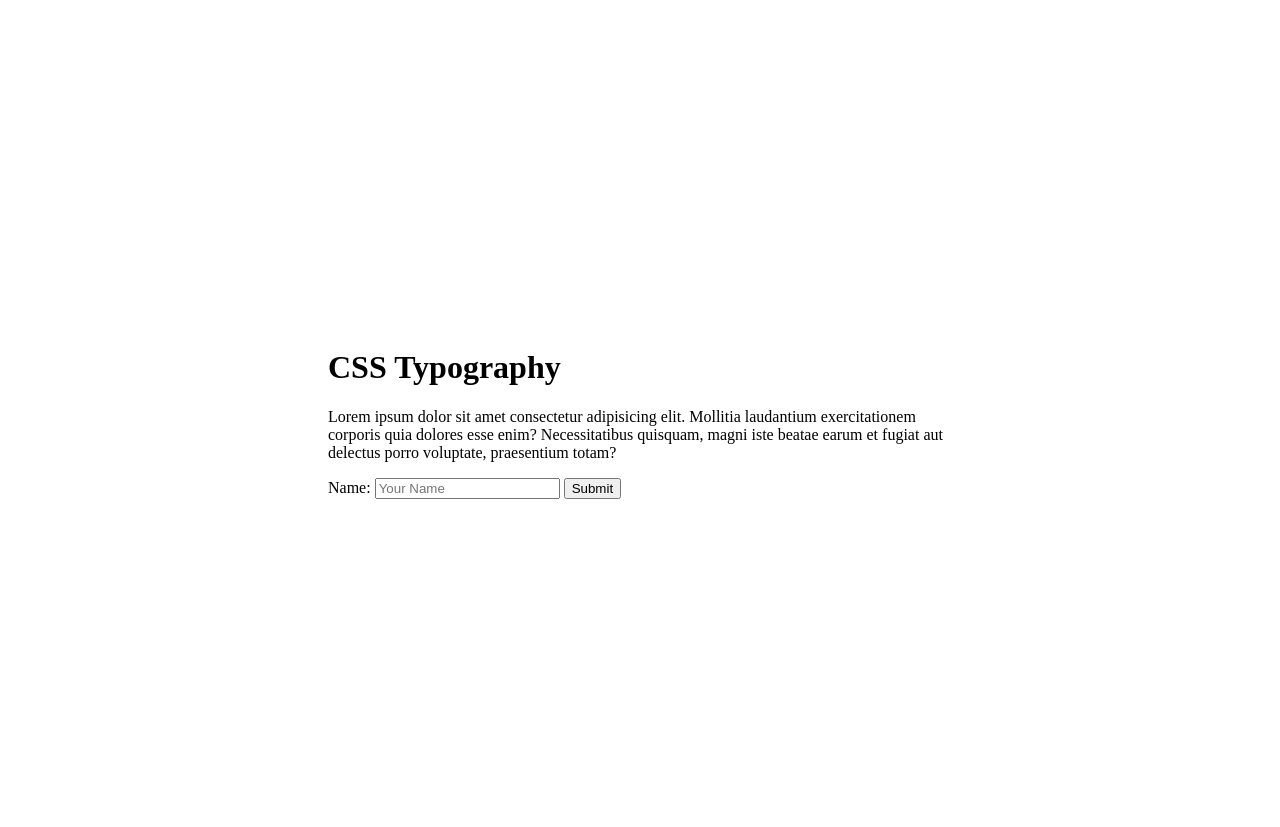
Repository: madhurik9999/Css
Page: index.html
The author's editor kept a copy of each file at every save. The page is drawn from the files as they stood at one save, then again after the next save.
The browser window is 1280 px wide. The pictures show the whole page.

Above is the page before, as saved 2023-12-10 13:17:48.

### index.html
<!DOCTYPE html>
<html lang="en">

<head>
    <meta charset="UTF-8">
    <meta http-equiv="X-UA-Compatible" content="IE=edge">
    <meta name="viewport" content="width=device-width, initial-scale=1.0">
    <title>Document</title>
    <link rel="stylesheet" href="styles/style.css">
</head>

<body>
    <header>
        <h1>CSS Typography</h1>
    </header>
    <main>
        <p>Lorem ipsum dolor sit amet consectetur adipisicing elit. Mollitia laudantium exercitationem corporis quia
            dolores esse enim? Necessitatibus quisquam, magni iste beatae earum et fugiat aut delectus porro voluptate,
            praesentium totam?</p>

        <form>
            <label for="name">Name:</label>
            <input id="name" type="text" placeholder="Your Name" />
            <button>Submit</button>
        </form>
    </main>
</body>

</html>

### styles/style.css
/* Typography 1rem = 16px*/
body {
    padding: 25%;
    font-size: 1rem;
}

After the next save:
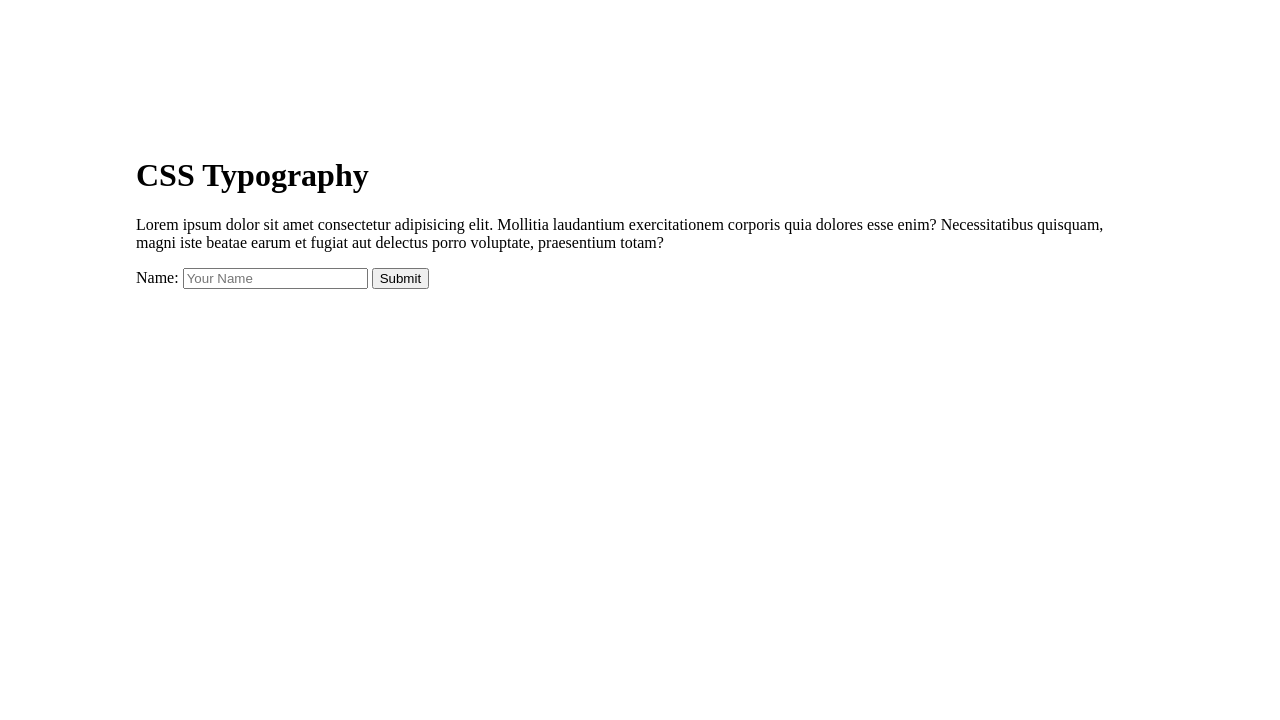
Saved 11 s later.
--- a/styles/style.css
+++ b/styles/style.css
@@ -1,5 +1,5 @@
 /* Typography 1rem = 16px*/
 body {
-    padding: 25%;
+    padding: 10%;
     font-size: 1rem;
 }
